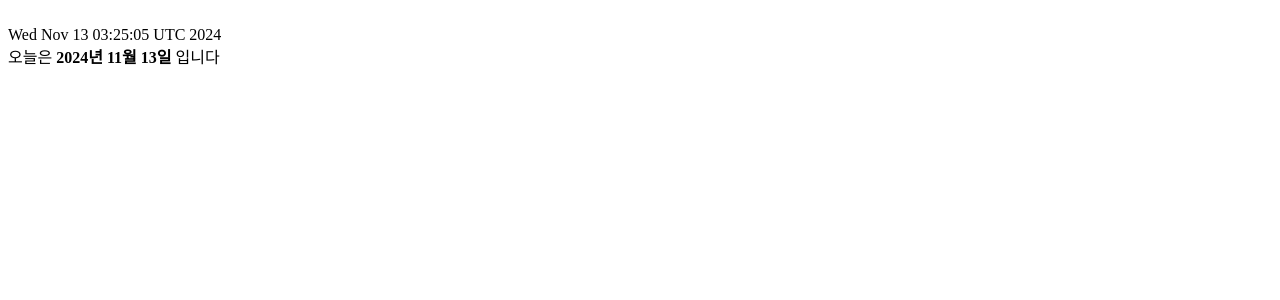
Repository: jsunnypi/JSP
Page: http://localhost/Test/Date.jsp
An editor plug-in stored every save of this project. The page is shown before and after the next save, followed by the edit.
The browser window is 1280 px wide. The pictures show the whole page.
The page is served by Tomcat 9.

Above is the page before, as saved 2024-11-14 01:23:07.

After the next save:
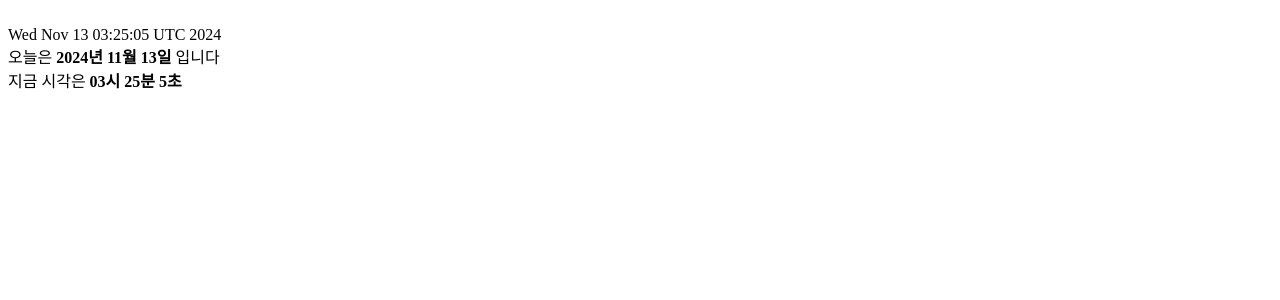
Saved 109 s later.
--- a/Test/src/main/webapp/Date.jsp
+++ b/Test/src/main/webapp/Date.jsp
@@ -13,11 +13,14 @@
 	<%
 		Calendar date = Calendar.getInstance();
 		SimpleDateFormat today = new SimpleDateFormat("yyyy년 MM월 dd일");
+		SimpleDateFormat now = new SimpleDateFormat("hh시 mm분 s초");
+
 	%>
 
 	<br>
 	<%= date.getTime() %>
 	<br>
 	오늘은 <b> <%= today.format(date.getTime()) %></b> 입니다 <br>
+	지금 시각은 <b><%= now.format(date.getTime()) %></b>
 </body>
 </html>
